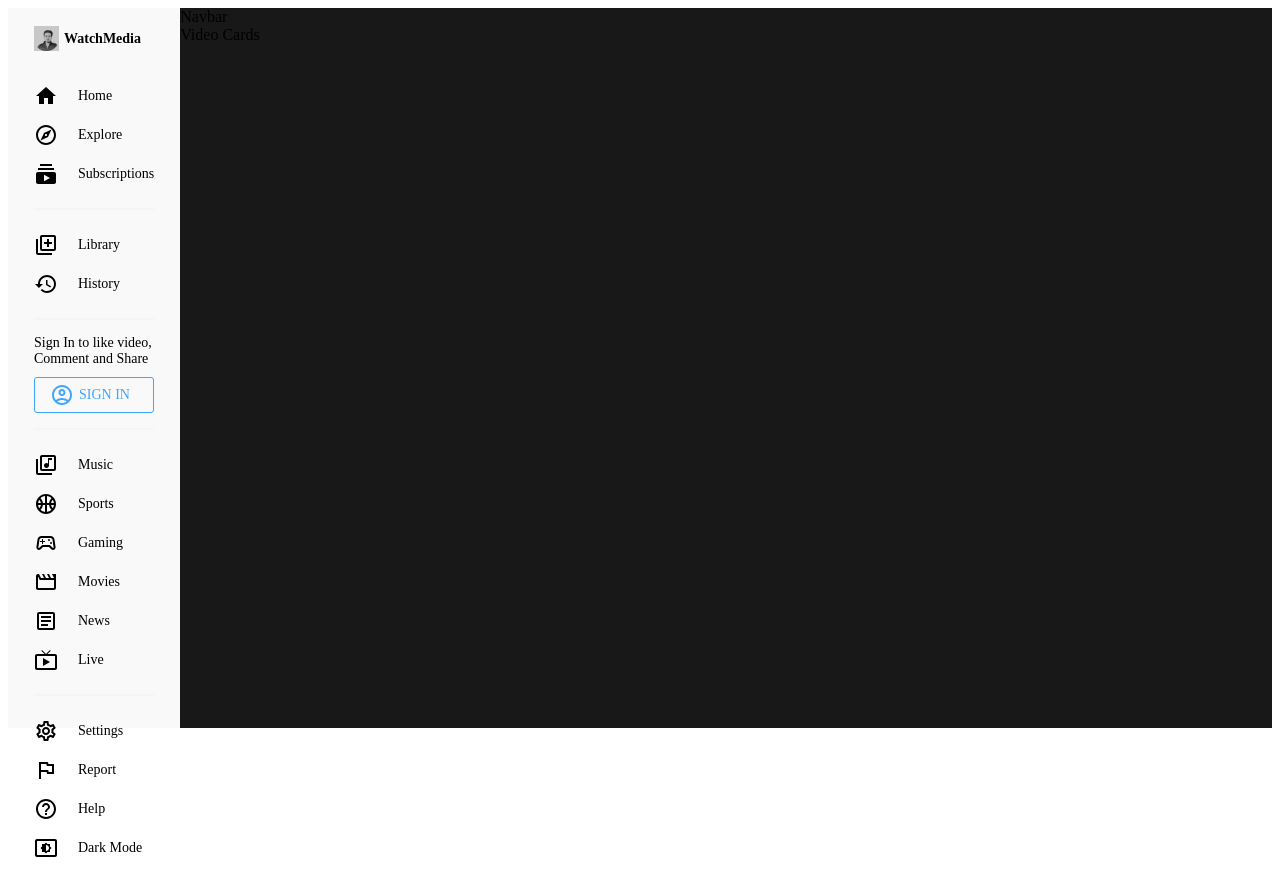
Repository: inzamamahmad3/final-year-project-skeleton
Page: /
An editor plug-in stored every save of this project. The page is shown before and after the next save, followed by the edit.
The browser window is 1280 px wide. The pictures show the whole page.
The project was rebuilt for these pictures with package versions that can differ from the ones it lists, and the page was loaded fresh each time.

Above is the page before, as saved 2023-07-18 11:14:59.

After the next save:
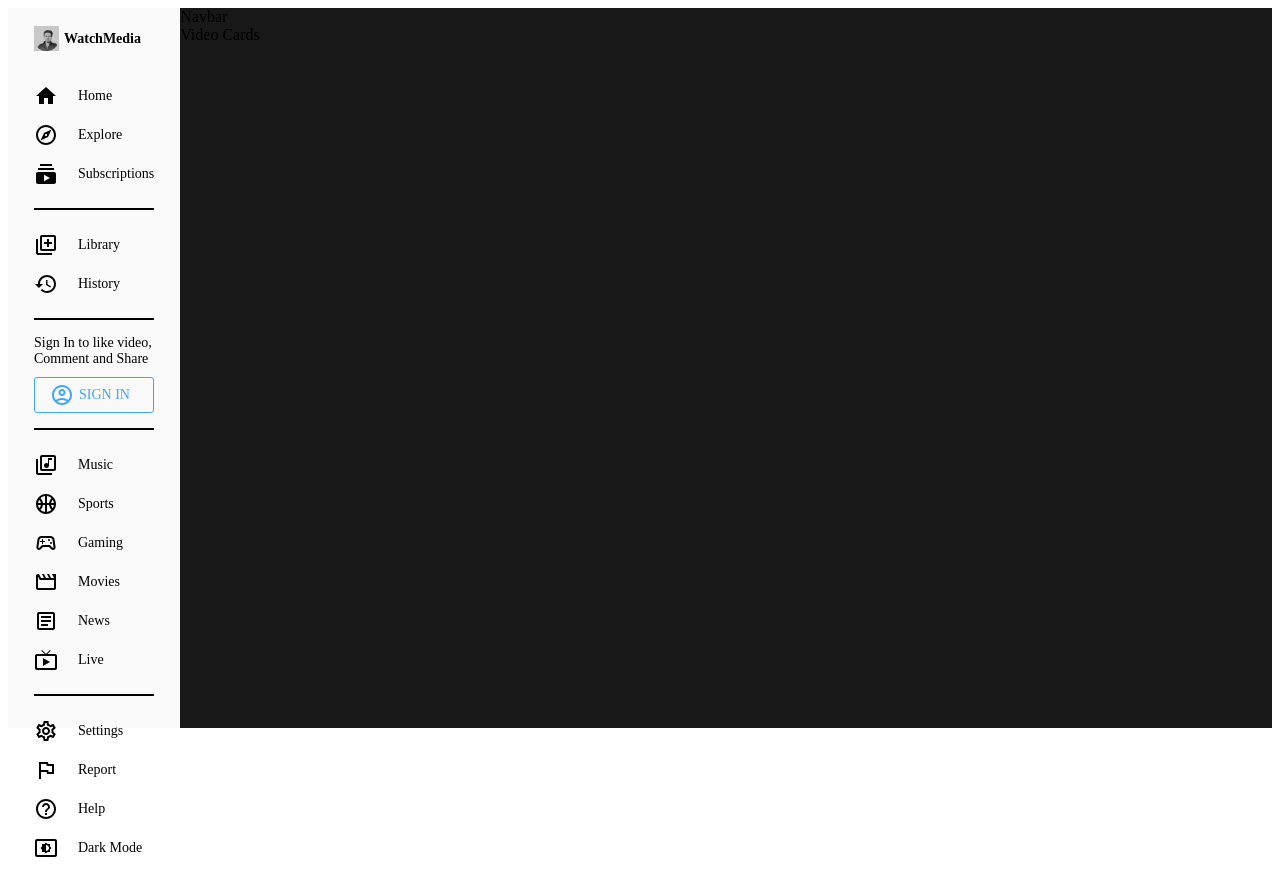
Saved 70 s later.
--- a/src/utils/Theme.js
+++ b/src/utils/Theme.js
@@ -10,5 +10,5 @@ export const lightTheme = {
   bgLighter: "white",
   text: "black",
   textSoft: "#606060",
-  soft: "#f5f5f5",
+  soft: "black",
 };
